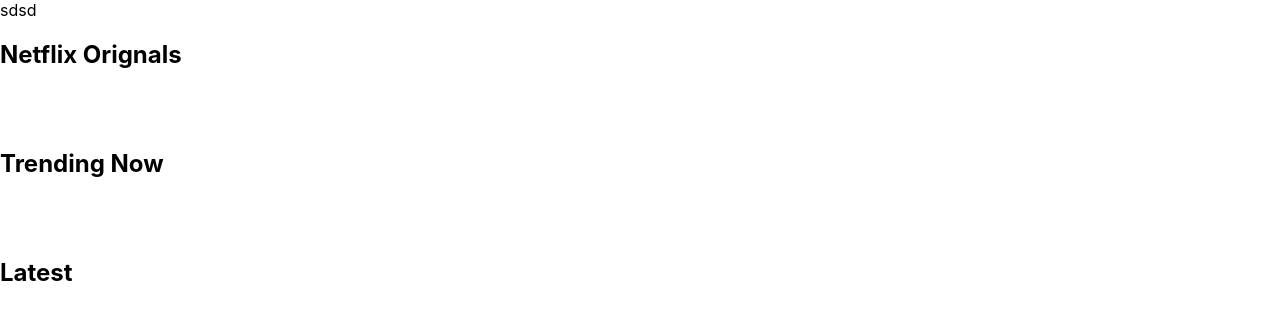
Repository: shehriyarnadeem/netflix-clone
Page: /
The author's editor kept a copy of each file at every save. The page is drawn from the files as they stood at one save, then again after the next save.
The browser window is 1280 px wide. The pictures show the whole page.
The page's requests for data from a server got no answer. The project was rebuilt for these pictures with package versions that can differ from the ones it lists, and the page was loaded fresh each time. No one was signed in, and anything a server would have sent is missing.

Above is the page before, as saved 2020-08-01 13:07:43.

### src/App.js
import React from "react";
import Banner from "./Banner";
import Row from "./components/Row";
import requests from "./Requests";
function App() {
  return (
    <div className="App">
      {/* Banner */}
      <Banner />
      <Row
        title="Netflix Orignals"
        fetchUrl={requests.fetchTrending}
        isLargeRow
      />
      <Row title="Trending Now" fetchUrl={requests.fetchTrending} />
      <Row title="Latest" fetchUrl={requests.fetchTrending} />
    </div>
  );
}

export default App;

### src/Banner.js
import React, { useState, useEffect } from "react";
import axios from "./axios";

import requests from "./Requests";

const Banner = () => {
  const [movie, setMovie] = useState([]);

  useEffect(() => {
    async function fetchBanner() {
      const request = await axios.get(requests.fetchTrending);
      setMovie(request.data.results[0]);
      return request;
    }
    fetchBanner();
  }, []);

  return (
    <>
      <div className="banner__contents"></div>
      <header>sdsd</header>
    </>
  );
};

export default Banner;

### src/components/Row.js
import React, { useState, useEffect } from "react";
import axios from "../axios";
import "./Row.css";
const base_url = "https://image.tmdb.org/t/p/original";
const Row = ({ title, fetchUrl, isLargeRow }) => {
  const [movies, setMovies] = useState([]);

  useEffect(() => {
    async function fetchData() {
      const request = await axios.get(fetchUrl);
      setMovies(request.data.results);
      return request;
    }
    fetchData();
  }, [fetchUrl]);

  return (
    <div className="row">
      <h2>{title} </h2>
      <div className="row__posters">
        {movies.map((movie) => {
          return (
            <img
              key={movie.id}
              className={`row__poster ${isLargeRow && "row_posterLarge"}`}
              src={`${base_url}${
                isLargeRow ? movie.poster_path : movie.backdrop_path
              }`}
              alt={movie.name}
            />
          );
        })}
      </div>
    </div>
  );
};

export default Row;

### src/Requests.js
const APIKEY = "e88ea907647291ec3b149500015d876a";
const requests = {
  fetchTrending: `/trending/all/week?api_key=${APIKEY}&language=en-US`,
};

export default requests;

### src/axios.js
import axios from "axios";

const instance = axios.create({
  baseURL: "https://api.themoviedb.org/3",
});

instance.get("/foo-bar");

export default instance;

### src/components/Row.css
.row__posters {
  display: flex;
  overflow-x: scroll;
  padding: 20px;
}
.row__posters::-webkit-scrollbar {
  display: none;
}

.row__poster {
  object-fit: contain;
  width: 100%;
  max-height: 100px;
  margin-right: 10px;
  transform: transform 450ms;
}

.row__poster:hover {
  transform: scale(1.08);
}

.row_posterLarge {
  max-height: 250px;
}

.row__poster:hover {
  transform: scale(1.09);
}

Loaded but not shown: public/index.html (common file); src/index.js (common file); src/index.css (common file)

After the next save:
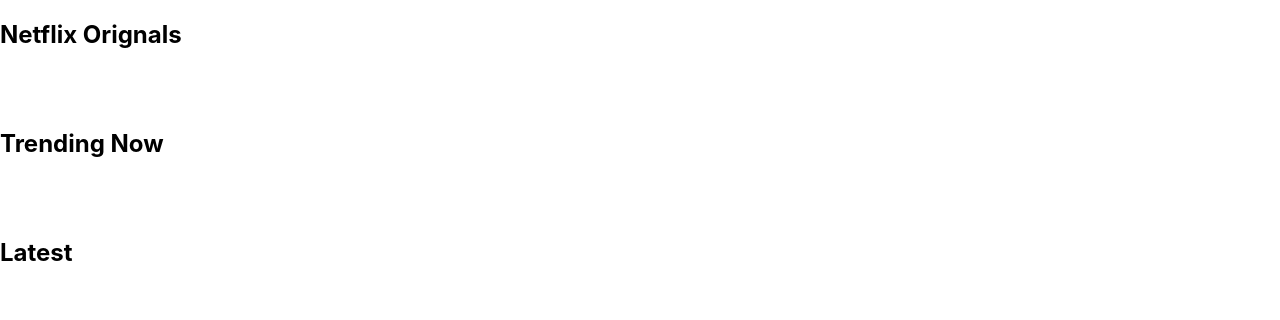
Saved 28 min 21 s later.
--- a/src/Banner.js
+++ b/src/Banner.js
@@ -17,8 +17,10 @@
 
   return (
     <>
-      <div className="banner__contents"></div>
-      <header>sdsd</header>
+      <header>
+        {" "}
+        <div className="banner__contents"></div>
+      </header>
     </>
   );
 };
